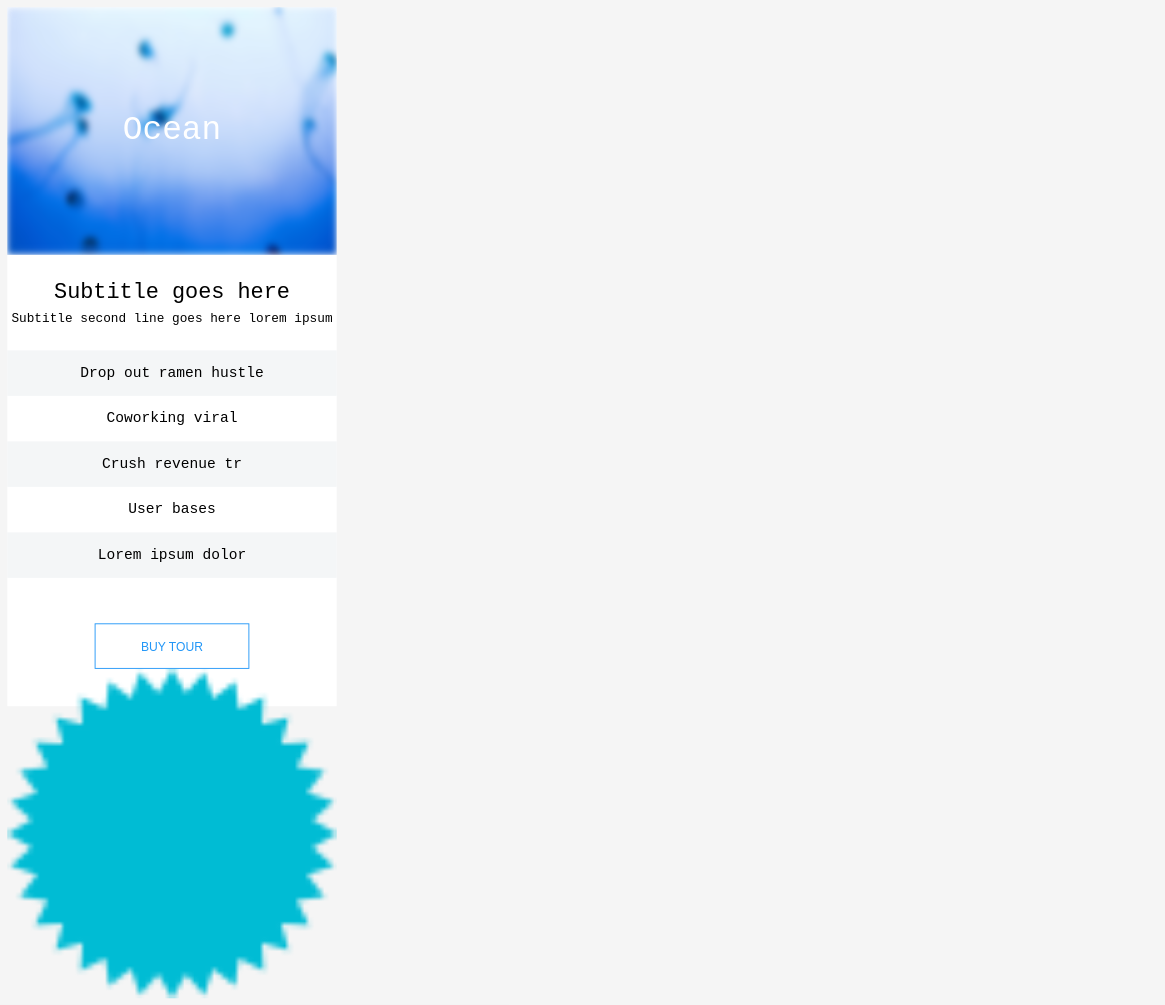
Repository: HoanTiny/pricetable
Page: index.html
An editor plug-in stored every save of this project. The page is shown before and after the next save, followed by the edit.
The browser window is 1280 px wide. The pictures show the whole page, at 91% of full size.

Above is the page before, as saved 2022-07-04 10:25:29.

After the next save:
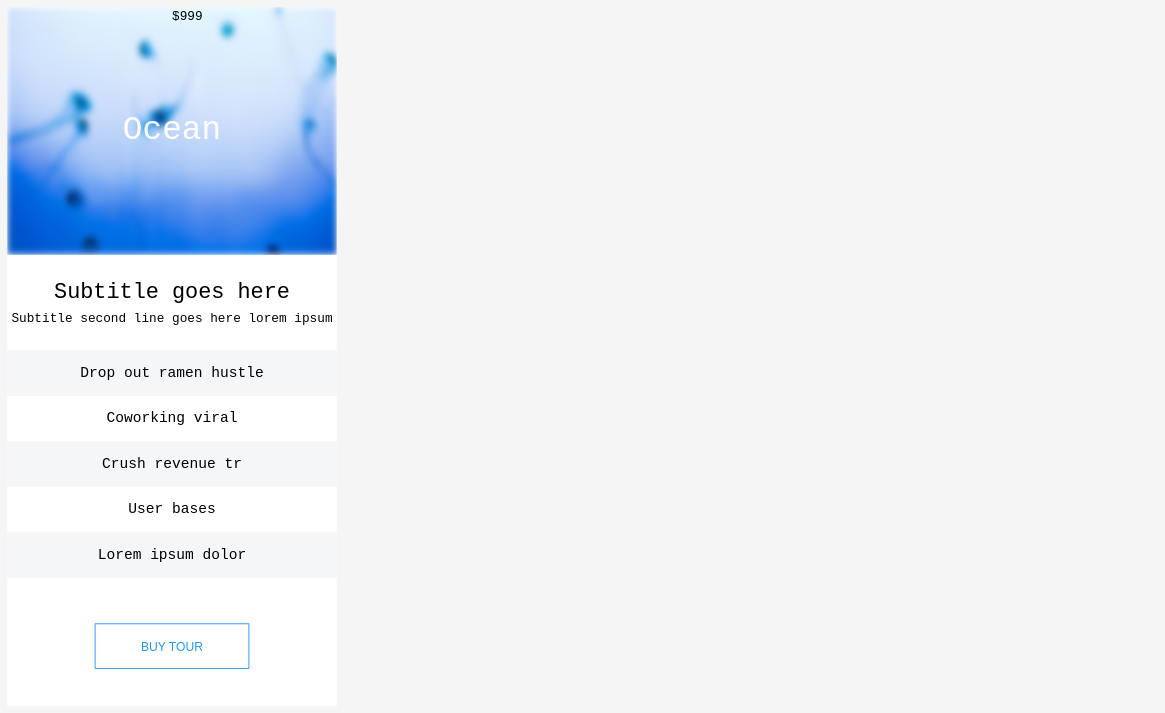
Saved 11 s later.
--- a/index.html
+++ b/index.html
@@ -31,9 +31,7 @@
                     <div class="title_btn">
                         <button type="">Buy Tour</button>
                     </div>
-                    <div class="logo">
-                        <img src="./assests/img/newmark.png" alt="logo" />
-                    </div>
+                    <div class="price">$999</div>
                 </div>
             </div>
         </div>
